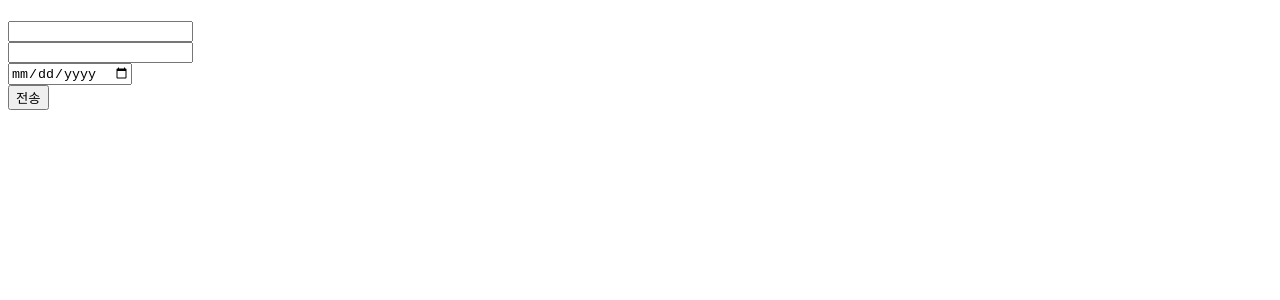
Repository: XenosJM/SPRING_CODES
Page: http://localhost/Spring01/example2/info
An editor plug-in stored every save of this project. The page is shown before and after the next save, followed by the edit.
The browser window is 1280 px wide. The pictures show the whole page.
The page is served by Tomcat 9. Other server files are loaded and not shown.

Above is the page before, as saved 2024-04-19 06:30:01.

### Spring01/src/main/webapp/WEB-INF/views/example2/info.jsp
<%@ page language="java" contentType="text/html; charset=UTF-8"
    pageEncoding="UTF-8"%>
<!DOCTYPE html>
<html>
<head>
<meta charset="UTF-8">
<title>데이터가 왔어요</title>
</head>
<body>
	<h1></h1>
	<form action="info" method="POST">
		<input type="text" name="name"><br>
		<input type="email" name="email"><br>
		<input type="date" name="birthDate"><br>
		<input type="submit" value="전송">
	</form>
</body>
</html>

After the next save:
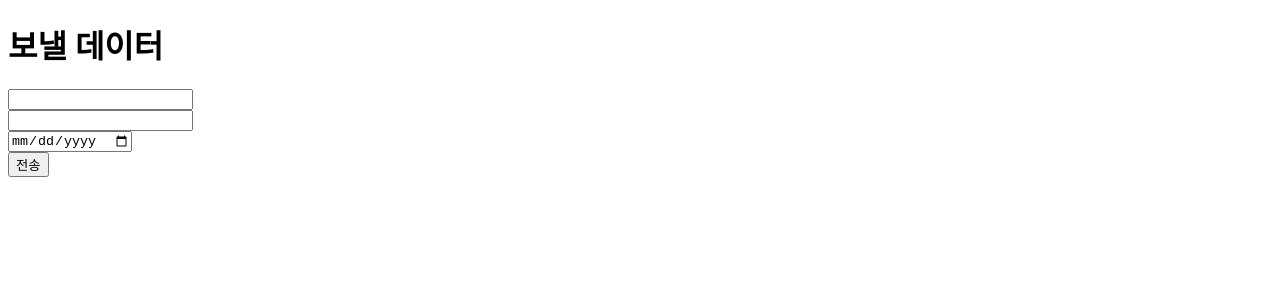
Saved 10 s later.
--- a/Spring01/src/main/webapp/WEB-INF/views/example2/info.jsp
+++ b/Spring01/src/main/webapp/WEB-INF/views/example2/info.jsp
@@ -7,7 +7,7 @@
 <title>데이터가 왔어요</title>
 </head>
 <body>
-	<h1></h1>
+	<h1>보낼 데이터</h1>
 	<form action="info" method="POST">
 		<input type="text" name="name"><br>
 		<input type="email" name="email"><br>
